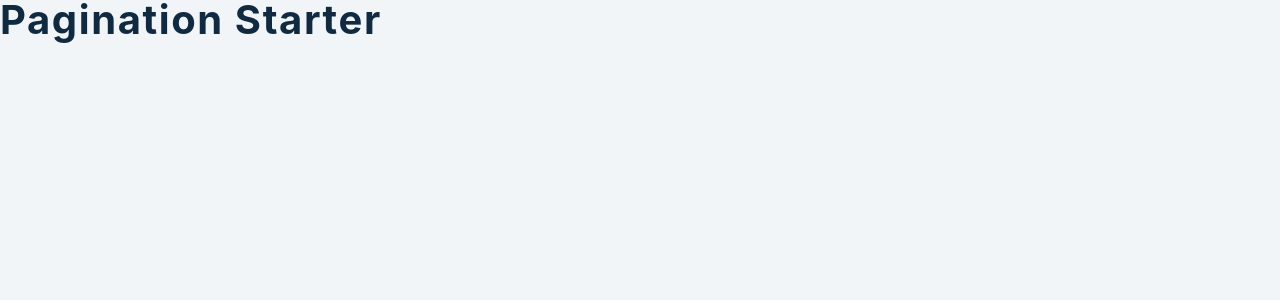
Repository: bodescuanamariia/pagination
Page: /
An editor plug-in stored every save of this project. The page is shown before and after the next save, followed by the edit.
The browser window is 1280 px wide. The pictures show the whole page.
The page's requests for data from a server got no answer. The project was rebuilt for these pictures with package versions that can differ from the ones it lists, and the page was loaded fresh each time. No one was signed in, and anything a server would have sent is missing.

Above is the page before, as saved 2022-05-11 13:17:26.

### src/index.js
import React from "react";
import ReactDOM from "react-dom";
import "./index.css";
import App from "./App";
const root = ReactDOM.createRoot(document.getElementById("root"));
root.render(
  <React.StrictMode>
    <App />
  </React.StrictMode>
);

### src/index.css
/*
===============
Variables
===============
*/

:root {
  /* dark shades of primary color*/
  --clr-primary-1: hsl(205, 86%, 17%);
  --clr-primary-2: hsl(205, 77%, 27%);
  --clr-primary-3: hsl(205, 72%, 37%);
  --clr-primary-4: hsl(205, 63%, 48%);
  /* primary/main color */
  --clr-primary-5: hsl(205, 78%, 60%);
  /* lighter shades of primary color */
  --clr-primary-6: hsl(205, 89%, 70%);
  --clr-primary-7: hsl(205, 90%, 76%);
  --clr-primary-8: hsl(205, 86%, 81%);
  --clr-primary-9: hsl(205, 90%, 88%);
  --clr-primary-10: hsl(205, 100%, 96%);
  /* darkest grey - used for headings */
  --clr-grey-1: hsl(209, 61%, 16%);
  --clr-grey-2: hsl(211, 39%, 23%);
  --clr-grey-3: hsl(209, 34%, 30%);
  --clr-grey-4: hsl(209, 28%, 39%);
  /* grey used for paragraphs */
  --clr-grey-5: hsl(210, 22%, 49%);
  --clr-grey-6: hsl(209, 23%, 60%);
  --clr-grey-7: hsl(211, 27%, 70%);
  --clr-grey-8: hsl(210, 31%, 80%);
  --clr-grey-9: hsl(212, 33%, 89%);
  --clr-grey-10: hsl(210, 36%, 96%);
  --clr-white: #fff;
  --clr-red-dark: hsl(360, 67%, 44%);
  --clr-red-light: hsl(360, 71%, 66%);
  --clr-green-dark: hsl(125, 67%, 44%);
  --clr-green-light: hsl(125, 71%, 66%);
  --clr-black: #222;

  --transition: all 0.3s linear;
  --spacing: 0.1rem;
  --radius: 0.75rem;
  --light-shadow: 0 5px 15px rgba(0, 0, 0, 0.1);
  --dark-shadow: 0 5px 15px rgba(0, 0, 0, 0.2);
  --max-width: 1170px;
  --fixed-width: 620px;
}
/*
===============
Global Styles
===============
*/

*,
::after,
::before {
  margin: 0;
  padding: 0;
  box-sizing: border-box;
}
body {
  font-family: -apple-system, BlinkMacSystemFont, "Segoe UI", Roboto, Oxygen,
    Ubuntu, Cantarell, "Open Sans", "Helvetica Neue", sans-serif;
  background: var(--clr-grey-10);
  color: var(--clr-grey-1);
  line-height: 1.5;
  font-size: 0.875rem;
}
ul {
  list-style-type: none;
}
a {
  text-decoration: none;
}
h1,
h2,
h3,
h4 {
  letter-spacing: var(--spacing);
  text-transform: capitalize;
  line-height: 1.25;
  margin-bottom: 0.75rem;
}
h1 {
  font-size: 2.75rem;
}
h2 {
  font-size: 2rem;
}
h3 {
  font-size: 1.25rem;
}
h4 {
  font-size: 0.875rem;
}
p {
  margin-bottom: 1.25rem;
  color: var(--clr-grey-5);
}
@media screen and (min-width: 800px) {
  h1 {
    font-size: 3rem;
  }
  h2 {
    font-size: 2.5rem;
  }
  h3 {
    font-size: 1.75rem;
  }
  h4 {
    font-size: 1rem;
  }
  body {
    font-size: 1rem;
  }
  h1,
  h2,
  h3,
  h4 {
    line-height: 1;
  }
}

/*
===============
Pagination
===============
*/
.section-title {
  text-align: center;
  margin: 4rem 0 6rem 0;
}
.underline {
  width: 8rem;
  height: 0.25rem;
  background: var(--clr-primary-5);
  margin: 0 auto;
}
.followers {
  width: 90vw;
  max-width: var(--max-width);
  margin: 5rem auto;
}
.container {
  display: grid;
  gap: 2rem;
  margin-bottom: 4rem;
}
@media screen and (min-width: 576px) {
  .container {
    grid-template-columns: repeat(auto-fill, minmax(250px, 1fr));
  }
}
.card {
  background: var(--clr-white);
  border-radius: var(--radius);
  box-shadow: var(--light-shadow);
  padding: 2rem 3.5rem;
  text-align: center;
}
.card img {
  width: 130px;
  height: 130px;
  border-radius: 50%;
  object-fit: cover;
  margin-bottom: 0.75rem;
}

.card h4 {
  margin-bottom: 1.5rem;
  font-size: 0.85rem;
  color: var(--clr-grey-5);
}

.btn {
  padding: 0.35rem 0.75rem;
  letter-spacing: 1.6px;
  font-size: 0.75rem;
  color: var(--clr-white);
  background: var(--clr-primary-5);
  border-radius: var(--radius);
  border-color: transparent;
  text-transform: uppercase;
  transition: var(--transition);
  cursor: pointer;
}

.btn-container {
  display: flex;
  justify-content: center;
  flex-wrap: wrap;
}
.page-btn {
  width: 2rem;
  height: 2rem;
  background: var(--clr-primary-7);
  border-color: transparent;
  border-radius: 5px;
  cursor: pointer;
  margin: 0.5rem;
  transition: var(--transition);
}
.active-btn {
  background: var(--clr-primary-1);
  color: var(--clr-white);
}
.prev-btn,
.next-btn {
  background: transparent;
  border-color: transparent;
  font-weight: bold;
  text-transform: capitalize;
  letter-spacing: var(--spacing);
  margin: 0.5rem;
  font-size: 1rem;
  cursor: pointer;
}

@media screen and (min-width: 775px) {
  .btn-container {
    margin: 0 auto;
    max-width: 700px;
  }
}

### src/App.js
import React, { useState, useEffect } from "react";
import { useFetch } from "./useFetch";
import Follower from "./Follower";
function App() {
  const { loading, data } = useFetch();

  return <h2>pagination starter</h2>;
}

export default App;

### src/useFetch.js
import { useState, useEffect } from "react";

const url = "https://api.github.com/users/john-smilga/followers?per_page=100";

export const useFetch = () => {
  const [loading, setLoading] = useState(true);
  const [data, setData] = useState([]);

  const getProducts = async () => {
    const response = await fetch(url);
    const data = await response.json();
    setData(data);
    setLoading(false);
  };

  useEffect(() => {
    getProducts();
  }, []);

  return { loading, data };
};

Loaded but not shown: public/index.html (common file); src/Follower.js (no stored copy; drawn as an empty file)

After the next save:
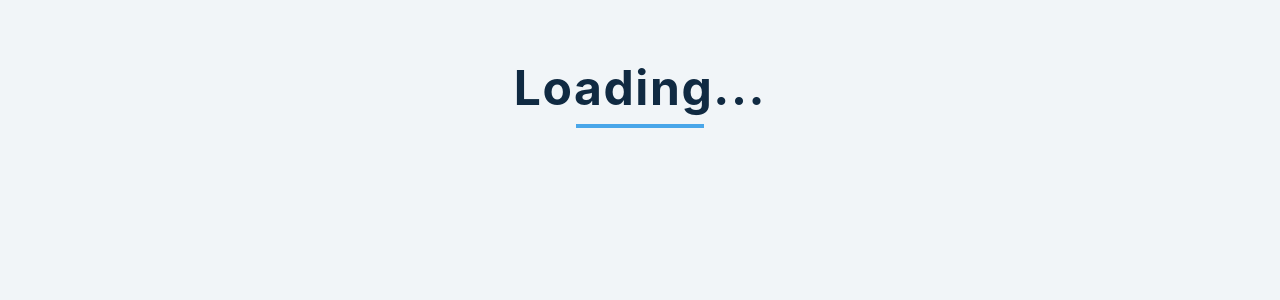
Saved 2 min 25 s later.
--- a/src/App.js
+++ b/src/App.js
@@ -4,7 +4,21 @@ import Follower from "./Follower";
 function App() {
   const { loading, data } = useFetch();
 
-  return <h2>pagination starter</h2>;
+  return (
+    <main>
+      <div className="section-title">
+        <h1>{loading ? "loading... " : "pagination"}</h1>
+        <div className="underline"></div>
+      </div>
+      <section className="followers">
+        <div className="container">
+          {data.map((follower) => {
+            return <Follower key={follower.id} {...data} />;
+          })}
+        </div>
+      </section>
+    </main>
+  );
 }
 
 export default App;
